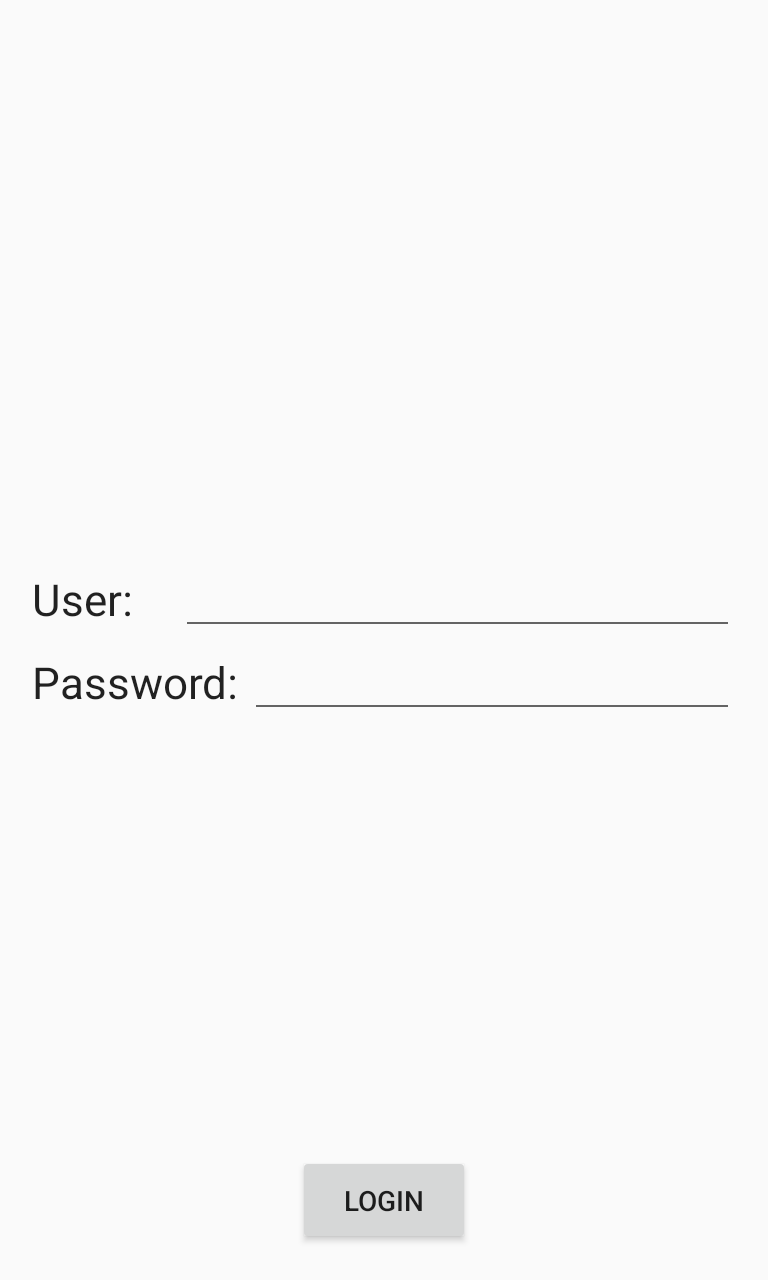
Repository: Y-GO/YGO_Parking_Project_Client
Layout: Ygo_Parking_Project/res/layout/activity_login.xml
The author's editor kept a copy of each file at every save. The layout is drawn from the files as they stood at one save, then again after the next save.
It is drawn on a 768 x 1280 px phone screen (xhdpi) without system bars, with theme AppTheme; the app's code is not run.

Above is the layout before, as saved 2014-07-28 09:54:07.

### Ygo_Parking_Project/res/layout/activity_login.xml
<RelativeLayout xmlns:android="http://schemas.android.com/apk/res/android"
    xmlns:tools="http://schemas.android.com/tools"
    android:layout_width="fill_parent"
    android:layout_height="fill_parent"
    android:paddingBottom="@dimen/activity_vertical_margin"
    android:paddingLeft="@dimen/activity_horizontal_margin"
    android:paddingRight="@dimen/activity_horizontal_margin"
    android:paddingTop="@dimen/activity_vertical_margin"
    tools:context="com.ygo.ygo_parking_project.MainActivity" >

    <LinearLayout
        android:layout_width="fill_parent"
        android:layout_height="wrap_content"
        android:layout_centerInParent="true"
        android:orientation="vertical" >

        <LinearLayout
            android:layout_width="match_parent"
            android:layout_height="wrap_content"
            android:layout_gravity="center"
            android:orientation="vertical" >

            <LinearLayout
                android:layout_width="match_parent"
                android:layout_height="wrap_content" >

                <TextView
                    android:id="@+id/textView1"
                    android:layout_width="wrap_content"
                    android:layout_height="wrap_content"
                    android:layout_weight="0.25"
                    android:text="@string/user"
                    android:textAppearance="?android:attr/textAppearanceLarge" />

                <EditText
                    android:id="@+id/editUserName"
                    android:layout_width="wrap_content"
                    android:layout_height="wrap_content"
                    android:layout_weight="0.74"
                    android:ems="10" android:inputType="text"/>
            </LinearLayout>
        </LinearLayout>

        <LinearLayout
            android:layout_width="match_parent"
            android:layout_height="wrap_content"
            android:layout_gravity="center"
            android:orientation="vertical" >

            <LinearLayout
                android:layout_width="match_parent"
                android:layout_height="wrap_content" >

                <TextView
                    android:id="@+id/textView2"
                    android:layout_width="wrap_content"
                    android:layout_height="wrap_content"
                    android:layout_weight="0.1"
                    android:text="@string/password"
                    android:textAppearance="?android:attr/textAppearanceLarge" />

                <EditText
                    android:id="@+id/editPassword"
                    android:layout_width="wrap_content"
                    android:layout_height="wrap_content"
                    android:layout_weight="0.74"
                    android:ems="10"
                    android:inputType="textPassword" />
            </LinearLayout>
        </LinearLayout>
    </LinearLayout>

    <Button
        android:id="@+id/buttonLogIn"
        android:layout_width="wrap_content"
        android:layout_height="wrap_content"
        android:layout_alignParentBottom="true"
        android:layout_alignWithParentIfMissing="false"
        android:layout_centerHorizontal="true"
        android:text="@string/login" />

</RelativeLayout>

### Ygo_Parking_Project/res/values/strings.xml
<?xml version="1.0" encoding="utf-8"?>
<resources>

    <string name="app_name">Ygo_Parking_Project</string>
    <string name="hello_world">Hello world!</string>
    <string name="action_settings">Settings</string>
    <string name="medium_text">Medium Text</string>
    <string name="login">Login</string>
    <string name="user_">"User: "</string>
    <string name="user">User:</string>
    <string name="password">Password:</string>

</resources>

Loaded but not shown: Ygo_Parking_Project/res/values/styles.xml (common file); Ygo_Parking_Project/res/values-v11/styles.xml (common file); Ygo_Parking_Project/res/values-v14/styles.xml (common file); Ygo_Parking_Project/res/values/dimens.xml (common file); Ygo_Parking_Project/res/values-w820dp/dimens.xml (common file)

After the next save:
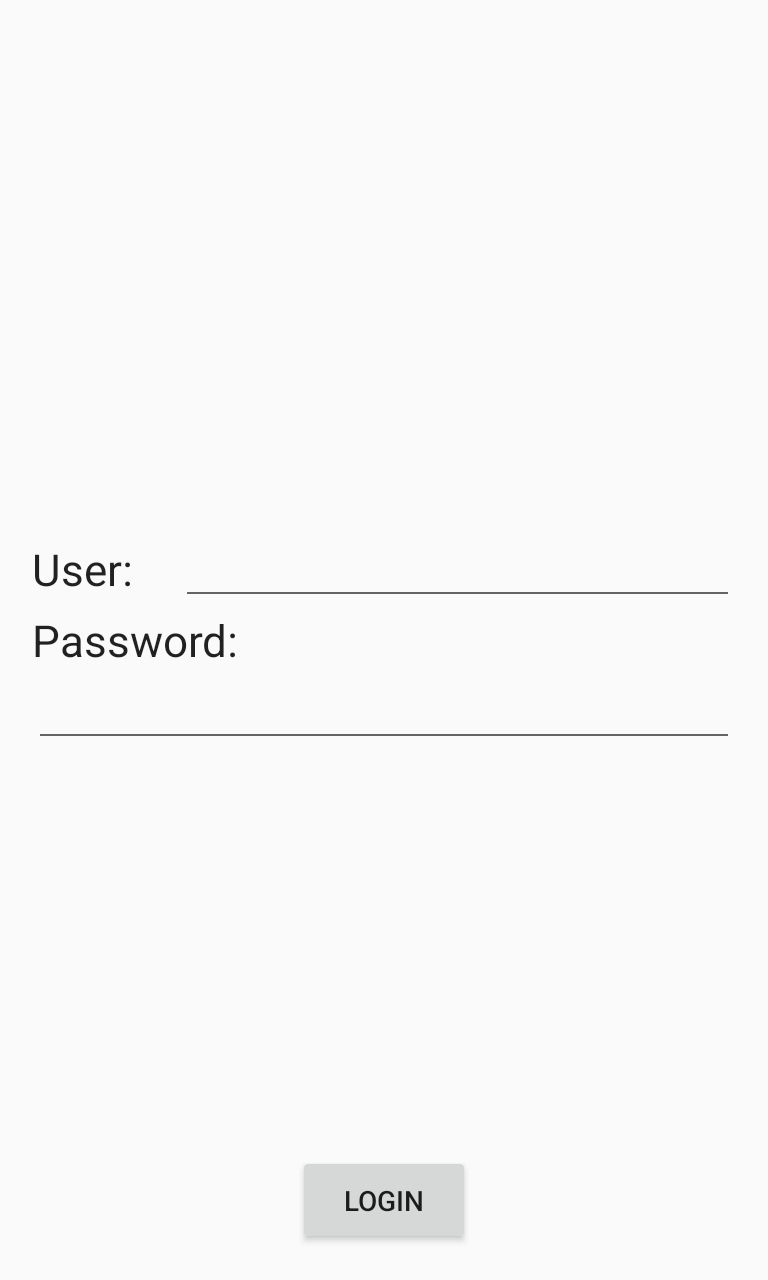
Saved 70 s later.
--- a/Ygo_Parking_Project/res/layout/activity_login.xml
+++ b/Ygo_Parking_Project/res/layout/activity_login.xml
@@ -47,17 +47,18 @@
             android:layout_gravity="center"
             android:orientation="vertical" >
 
+            <TextView
+                android:id="@+id/textView2"
+                android:layout_width="wrap_content"
+                android:layout_height="wrap_content"
+                android:layout_weight="0.1"
+                android:text="@string/password"
+                android:textAppearance="?android:attr/textAppearanceLarge" />
+
             <LinearLayout
                 android:layout_width="match_parent"
-                android:layout_height="wrap_content" >
-
-                <TextView
-                    android:id="@+id/textView2"
-                    android:layout_width="wrap_content"
-                    android:layout_height="wrap_content"
-                    android:layout_weight="0.1"
-                    android:text="@string/password"
-                    android:textAppearance="?android:attr/textAppearanceLarge" />
+                android:layout_height="wrap_content"
+                android:layout_weight="0.1" >
 
                 <EditText
                     android:id="@+id/editPassword"
@@ -66,7 +67,9 @@
                     android:layout_weight="0.74"
                     android:ems="10"
                     android:inputType="textPassword" />
+
             </LinearLayout>
+
         </LinearLayout>
     </LinearLayout>
 

After the save that followed:
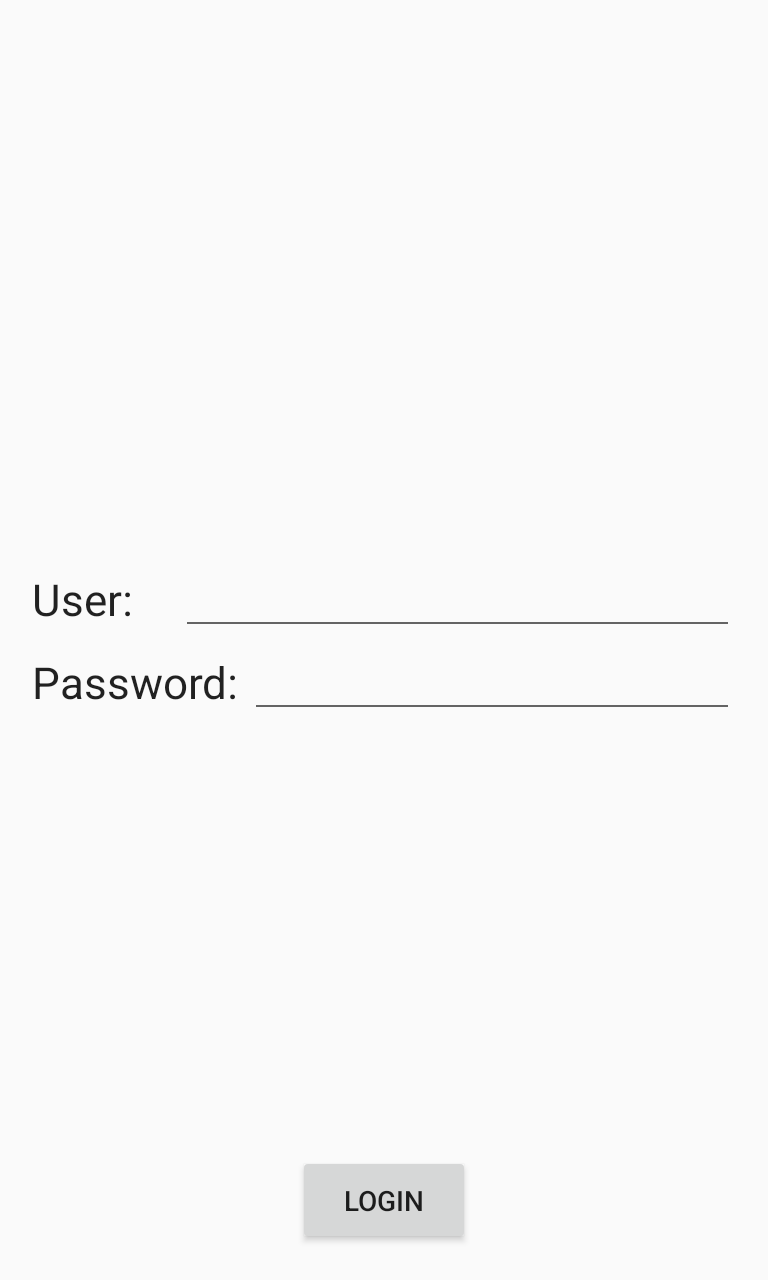
Saved 25 s later.
--- a/Ygo_Parking_Project/res/layout/activity_login.xml
+++ b/Ygo_Parking_Project/res/layout/activity_login.xml
@@ -47,18 +47,18 @@
             android:layout_gravity="center"
             android:orientation="vertical" >
 
-            <TextView
-                android:id="@+id/textView2"
-                android:layout_width="wrap_content"
-                android:layout_height="wrap_content"
-                android:layout_weight="0.1"
-                android:text="@string/password"
-                android:textAppearance="?android:attr/textAppearanceLarge" />
-
             <LinearLayout
                 android:layout_width="match_parent"
                 android:layout_height="wrap_content"
                 android:layout_weight="0.1" >
+
+                <TextView
+                    android:id="@+id/textView2"
+                    android:layout_width="wrap_content"
+                    android:layout_height="wrap_content"
+                    android:layout_weight="0.1"
+                    android:text="@string/password"
+                    android:textAppearance="?android:attr/textAppearanceLarge" />
 
                 <EditText
                     android:id="@+id/editPassword"
